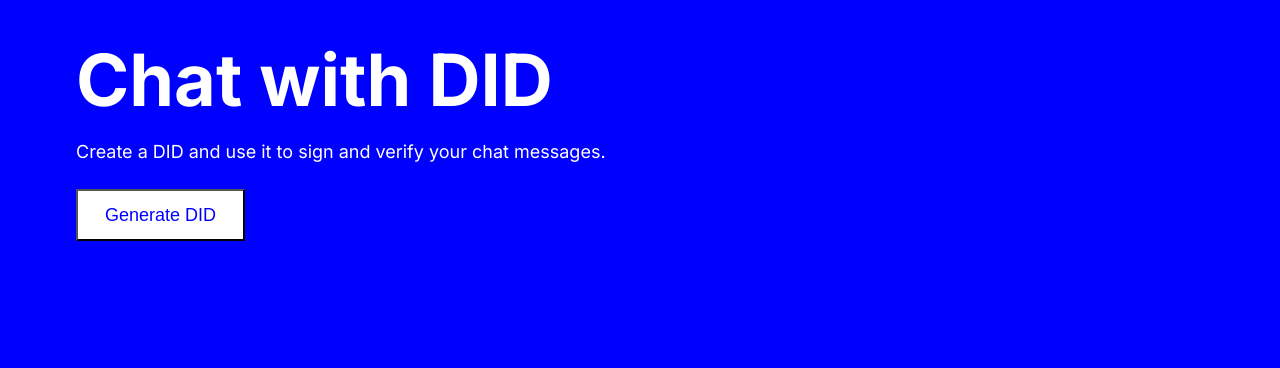
Repository: a7351220/ethr_did_demo
Page: /did/chat
These files come from the project's save history. The page is drawn as it stood at one moment and after the next save; the edit follows.
The browser window is 1280 px wide. The pictures show the whole page.
The page's requests for data from a server got no answer. The project was rebuilt for these pictures with package versions that can differ from the ones it lists, and the page was loaded fresh each time. The framework's server and built-in components were replaced by stand-ins that run in the browser. No one was signed in, and anything a server would have sent is missing. Also part of the build but not shown: next.config.mjs.

Above is the page before, as saved 2024-07-09 17:04:29.

### src/app/did/chat/page.tsx
'use client';
import { useState } from 'react';
import { createDID, resolveDID } from '@/lib/didUtils';
import { ethers } from 'ethers';

export default function ChatDID() {
  const [did, setDid] = useState<string>('');
  const [privateKey, setPrivateKey] = useState<string>('');
  const [isLoading, setIsLoading] = useState<boolean>(false);
  const [error, setError] = useState<string | null>(null);
  const [message, setMessage] = useState<string>('');
  const [chatHistory, setChatHistory] = useState<Array<{ message: string, signature: string }>>([]);

  const handleCreateDID = async () => {
    setIsLoading(true);
    setError(null);
    try {
      const result = await createDID();
      setDid(result.did);
      setPrivateKey(result.privateKey);
    } catch (err) {
      setError('Failed to create DID. Please check your network connection and try again.');
      console.error(err);
    } finally {
      setIsLoading(false);
    }
  };

  const handleSendMessage = async () => {
    if (!message.trim()) {
      setError('Message cannot be empty');
      return;
    }
    setError(null);
    try {
      const wallet = new ethers.Wallet(privateKey);
      const signature = await wallet.signMessage(message);

      const verifiedAddress = ethers.utils.verifyMessage(message, signature);
      const resolvedDid = await resolveDID(did);

      if (resolvedDid && resolvedDid.verificationMethod.some((vm: any) => vm.blockchainAccountId.endsWith(verifiedAddress))) {
        setChatHistory([...chatHistory, { message, signature }]);
        setMessage('');
      } else {
        setError('Failed to verify the message');
      }
    } catch (err) {
      setError('Failed to send message. Please try again.');
      console.error(err);
    }
  };

  return (
    <div className="container">
      <h1 className="title">Chat with DID</h1>
      <p className="description">Create a DID and use it to sign and verify your chat messages.</p>
      <button
        className="cta-button primary"
        onClick={handleCreateDID}
        disabled={isLoading || did !== ''}
      >
        {isLoading ? 'Generating...' : 'Generate DID'}
      </button>
      {error && <p className="error">{error}</p>}
      {did && (
        <div className="result">
          <h2>Your DID:</h2>
          <p className="did-value">{did}</p>
          <h2>Your Private Key (Keep this secret!):</h2>
          <p className="private-key">{privateKey}</p>
          <p className="warning">
            Warning: Store this private key securely. It's required to control your DID.
          </p>
          <div className="chat-box">
            <h2>Chat</h2>
            <div className="chat-history">
              {chatHistory.map((chat, index) => (
                <div key={index} className="chat-message">
                  <p><strong>Message:</strong> {chat.message}</p>
                  <p><strong>Signature:</strong> {chat.signature}</p>
                </div>
              ))}
            </div>
            <div className="chat-input">
              <input
                type="text"
                value={message}
                onChange={(e) => setMessage(e.target.value)}
                className="input"
                placeholder="Enter your message"
              />
              <button
                className="cta-button primary"
                onClick={handleSendMessage}
                disabled={!did}
              >
                Send Message
              </button>
            </div>
          </div>
        </div>
      )}
    </div>
  );
}

### src/app/globals.css
/* app/globals.css */
:root {
  --primary-color: #0000ff;
  --secondary-color: #4040ff;
  --text-color: #ffffff;
  --font-size-base: 16px;
}

* {
  box-sizing: border-box;
  padding: 0;
  margin: 0;
}

html,
body {
  max-width: 100vw;
  overflow-x: hidden;
  font-family: -apple-system, BlinkMacSystemFont, Segoe UI, Roboto, Oxygen,
    Ubuntu, Cantarell, Fira Sans, Droid Sans, Helvetica Neue, sans-serif;
  font-size: var(--font-size-base);
  background-color: var(--primary-color);
  color: var(--text-color);
}

a {
  color: inherit;
  text-decoration: none;
}

.container {
  min-height: 100vh;
  padding: 2rem;
}

.hero {
  text-align: center;
  margin-bottom: 4rem;
}

.title {
  font-size: 4rem;
  margin-bottom: 1rem;
}

.subtitle {
  font-size: 2.5rem;
  margin-bottom: 0.5rem;
}

.description {
  font-size: 1rem;
  margin-bottom: 1.5rem;
}

.cta-buttons {
  display: flex;
  justify-content: center;
  gap: 1rem;
  flex-wrap: wrap;
}

.cta-button {
  padding: 0.75rem 1.5rem;
  font-size: 1rem;
  cursor: pointer;
  transition: background-color 0.3s ease;
}

.cta-button.primary {
  background-color: var(--text-color);
  color: var(--primary-color);
}

.cta-button.secondary {
  background-color: transparent;
  border: 2px solid var(--text-color);
  color: var(--text-color);
}

.features {
  display: grid;
  grid-template-columns: repeat(auto-fit, minmax(250px, 1fr));
  gap: 2rem;
  margin-top: 4rem;
}

.feature {
  background-color: var(--secondary-color);
  padding: 1.5rem;
  border-radius: 0.5rem;
}

.feature h3 {
  font-size: 1.5rem;
  margin-bottom: 0.5rem;
}

/* New styles for CreateDID and VerifyDID pages */
.input-group {
  display: flex;
  margin-bottom: 1rem;
}

.input {
  flex-grow: 1;
  padding: 0.5rem;
  font-size: 1rem;
  border: 1px solid var(--text-color);
  background-color: transparent;
  color: var(--text-color);
}

.result {
  margin-top: 2rem;
  padding: 1rem;
  background-color: rgba(255, 255, 255, 0.1);
  border-radius: 4px;
}

.result h2 {
  font-size: 1.2rem;
  margin-bottom: 0.5rem;
}

.did-value, .verify-result {
  font-family: monospace;
  word-break: break-all;
}

@media (min-width: 768px) {
  .hero {
    text-align: left;
  }

  .cta-buttons {
    justify-content: flex-start;
  }
}

@media (min-width: 1024px) {
  html {
    font-size: 18px;
  }

  .container {
    max-width: 1200px;
    margin: 0 auto;
  }
}

### src/lib/didUtils.ts
import { Resolver } from 'did-resolver';
import { getResolver as getEthrResolver } from 'ethr-did-resolver';
import { ethers } from 'ethers';
import { EthrDID } from 'ethr-did';

// Sepolia 配置
const providerConfig = {
  name: 'sepolia',
  chainId: 11155111,
  rpcUrl: `https://eth-sepolia.g.alchemy.com/v2/${process.env.NEXT_PUBLIC_ALCHEMY_API_KEY}`,
  registry: ethers.utils.getAddress('0x03d5003bf0e79C5F5223588F347ebA39AfbC3818') // 确保这是正确的 ERC1056 注册表合约地址
};

const provider = new ethers.providers.JsonRpcProvider(providerConfig.rpcUrl);

// 创建解析器
const resolver = new Resolver({
  ...getEthrResolver(providerConfig),
});

// 定义 DIDDocument 类型
export type DIDDocument = {
  '@context': string | string[];
  id: string;
  [key: string]: any;
};

/**
 * 创建一个新的 DID
 * @returns 包含 DID 和私钥的对象
 */
export async function createDID(): Promise<{ did: string; privateKey: string }> {
  try {
    const wallet = ethers.Wallet.createRandom().connect(provider);
    const ethrDid = new EthrDID({
      identifier: wallet.address,
      privateKey: wallet.privateKey,
      provider,
      chainNameOrId: providerConfig.chainId
    });
    return {
      did: ethrDid.did,
      privateKey: wallet.privateKey
    };
  } catch (error) {
    console.error('Error creating DID:', error);
    throw new Error('Failed to create DID');
  }
}
//did:ethr:0xaa36a7:0xd08ef7f3CA0aE33abE84bB497c0DD18F4725ea67
/**
 * 解析 DID 并返回 DID 文档
 * @param did - 要解析的 DID
 * @returns DID 文档或 null（如果解析失败）
 */
export async function resolveDID(did: string): Promise<DIDDocument | null> {
  try {
    const resolution = await resolver.resolve(did);
    return resolution.didDocument as DIDDocument;
  } catch (error) {
    console.error('Error resolving DID:', error);
    console.error('DID:', did);
    return null;
  }
}

/**
 * 验证 DID 格式是否正确
 * @param did - 要验证的 DID
 * @returns 布尔值，表示 DID 是否有效
 */
export function verifyDID(did: string): boolean {
  // 基本格式验证
  const didRegex = /^did:ethr:0x[a-fA-F0-9]{40}$/;
  return didRegex.test(did);
}

/**
 * 获取 DID 的以太坊地址
 * @param did - DID
 * @returns 以太坊地址或 null（如果格式不正确）
 */
export function getAddressFromDID(did: string): string | null {
  if (!verifyDID(did)) {
    return null;
  }
  return did.split(':')[2];
}

/**
 * 检查 DID 控制者的余额
 * @param did - DID
 * @returns 余额（以 wei 为单位）
 */
export async function checkDIDBalance(did: string): Promise<string> {
  const address = getAddressFromDID(did);
  if (!address) {
    throw new Error('Invalid DID format');
  }
  try {
    const balance = await provider.getBalance(address);
    return balance.toString();
  } catch (error) {
    console.error('Error checking DID balance:', error);
    throw new Error('Failed to check DID balance');
  }
}

/**
 * 为 DID 添加一个新的属性
 * @param did - DID
 * @param privateKey - DID 控制者的私钥
 * @param key - 属性键
 * @param value - 属性值
 * @returns 交易哈希
 */
export async function addDIDAttribute(did: string, privateKey: string, key: string, value: string): Promise<string> {
  try {
    const wallet = new ethers.Wallet(privateKey, provider);
    const ethrDid = new EthrDID({
      identifier: wallet.address,
      privateKey: wallet.privateKey,
      provider,
      chainNameOrId: providerConfig.chainId
    });
    const txHash = await ethrDid.setAttribute(key, value);
    return txHash;
  } catch (error) {
    console.error('Error adding DID attribute:', error);
    throw new Error('Failed to add DID attribute');
  }
}

Loaded but not shown: src/app/layout.tsx (common file)

After the next save:
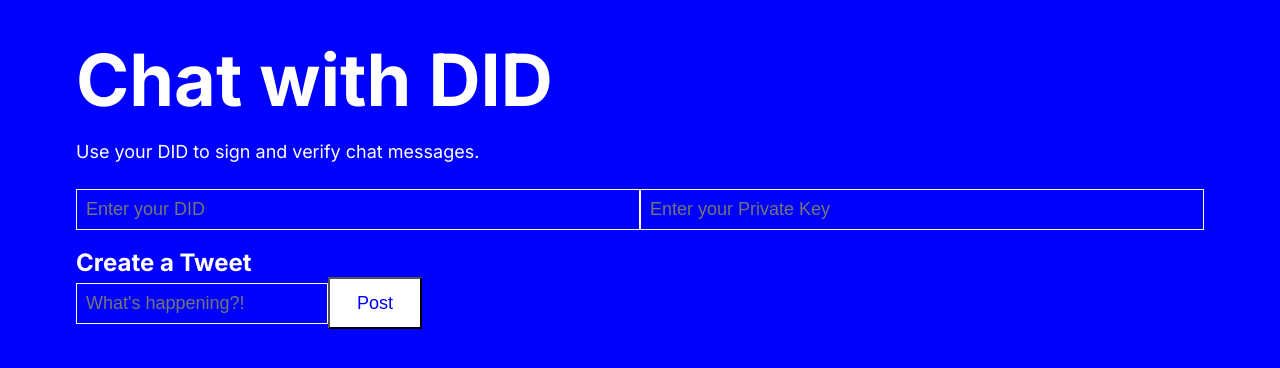
Saved 9 min 58 s later.
--- a/src/app/did/chat/page.tsx
+++ b/src/app/did/chat/page.tsx
@@ -1,30 +1,14 @@
 'use client';
 import { useState } from 'react';
-import { createDID, resolveDID } from '@/lib/didUtils';
+import { resolveDID } from '@/lib/didUtils';
 import { ethers } from 'ethers';
 
 export default function ChatDID() {
   const [did, setDid] = useState<string>('');
   const [privateKey, setPrivateKey] = useState<string>('');
-  const [isLoading, setIsLoading] = useState<boolean>(false);
+  const [message, setMessage] = useState<string>('');
+  const [chatHistory, setChatHistory] = useState<Array<{ message: string, signature: string, did: string }>>([]);
   const [error, setError] = useState<string | null>(null);
-  const [message, setMessage] = useState<string>('');
-  const [chatHistory, setChatHistory] = useState<Array<{ message: string, signature: string }>>([]);
-
-  const handleCreateDID = async () => {
-    setIsLoading(true);
-    setError(null);
-    try {
-      const result = await createDID();
-      setDid(result.did);
-      setPrivateKey(result.privateKey);
-    } catch (err) {
-      setError('Failed to create DID. Please check your network connection and try again.');
-      console.error(err);
-    } finally {
-      setIsLoading(false);
-    }
-  };
 
   const handleSendMessage = async () => {
     if (!message.trim()) {
@@ -40,7 +24,7 @@ export default function ChatDID() {
       const resolvedDid = await resolveDID(did);
 
       if (resolvedDid && resolvedDid.verificationMethod.some((vm: any) => vm.blockchainAccountId.endsWith(verifiedAddress))) {
-        setChatHistory([...chatHistory, { message, signature }]);
+        setChatHistory([...chatHistory, { message, signature, did }]);
         setMessage('');
       } else {
         setError('Failed to verify the message');
@@ -54,53 +38,55 @@ export default function ChatDID() {
   return (
     <div className="container">
       <h1 className="title">Chat with DID</h1>
-      <p className="description">Create a DID and use it to sign and verify your chat messages.</p>
-      <button
-        className="cta-button primary"
-        onClick={handleCreateDID}
-        disabled={isLoading || did !== ''}
-      >
-        {isLoading ? 'Generating...' : 'Generate DID'}
-      </button>
-      {error && <p className="error">{error}</p>}
-      {did && (
-        <div className="result">
-          <h2>Your DID:</h2>
-          <p className="did-value">{did}</p>
-          <h2>Your Private Key (Keep this secret!):</h2>
-          <p className="private-key">{privateKey}</p>
-          <p className="warning">
-            Warning: Store this private key securely. It's required to control your DID.
-          </p>
-          <div className="chat-box">
-            <h2>Chat</h2>
-            <div className="chat-history">
-              {chatHistory.map((chat, index) => (
-                <div key={index} className="chat-message">
-                  <p><strong>Message:</strong> {chat.message}</p>
-                  <p><strong>Signature:</strong> {chat.signature}</p>
-                </div>
-              ))}
-            </div>
-            <div className="chat-input">
-              <input
-                type="text"
-                value={message}
-                onChange={(e) => setMessage(e.target.value)}
-                className="input"
-                placeholder="Enter your message"
-              />
+      <p className="description">Use your DID to sign and verify chat messages.</p>
+      <div className="input-group">
+        <input
+          type="text"
+          value={did}
+          onChange={(e) => setDid(e.target.value)}
+          className="input"
+          placeholder="Enter your DID"
+        />
+        <input
+          type="text"
+          value={privateKey}
+          onChange={(e) => setPrivateKey(e.target.value)}
+          className="input"
+          placeholder="Enter your Private Key"
+        />
+      </div>
+      <div className="chat-box">
+        <h2>Create a Tweet</h2>
+        <div className="chat-input">
+          <input
+            type="text"
+            value={message}
+            onChange={(e) => setMessage(e.target.value)}
+            className="input"
+            placeholder="What's happening?!"
+          />
+          <button
+            className="cta-button primary"
+            onClick={handleSendMessage}
+          >
+            Post
+          </button>
+        </div>
+        {error && <p className="error">{error}</p>}
+        <div className="chat-history">
+          {chatHistory.map((chat, index) => (
+            <div key={index} className="chat-message">
+              <p><strong>Message:</strong> {chat.message}</p>
               <button
-                className="cta-button primary"
-                onClick={handleSendMessage}
-                disabled={!did}
+                onClick={() => alert(`DID: ${chat.did}\nSignature: ${chat.signature}`)}
+                className="cta-button secondary"
               >
-                Send Message
+                View Signature Details
               </button>
             </div>
-          </div>
+          ))}
         </div>
-      )}
+      </div>
     </div>
   );
 }
